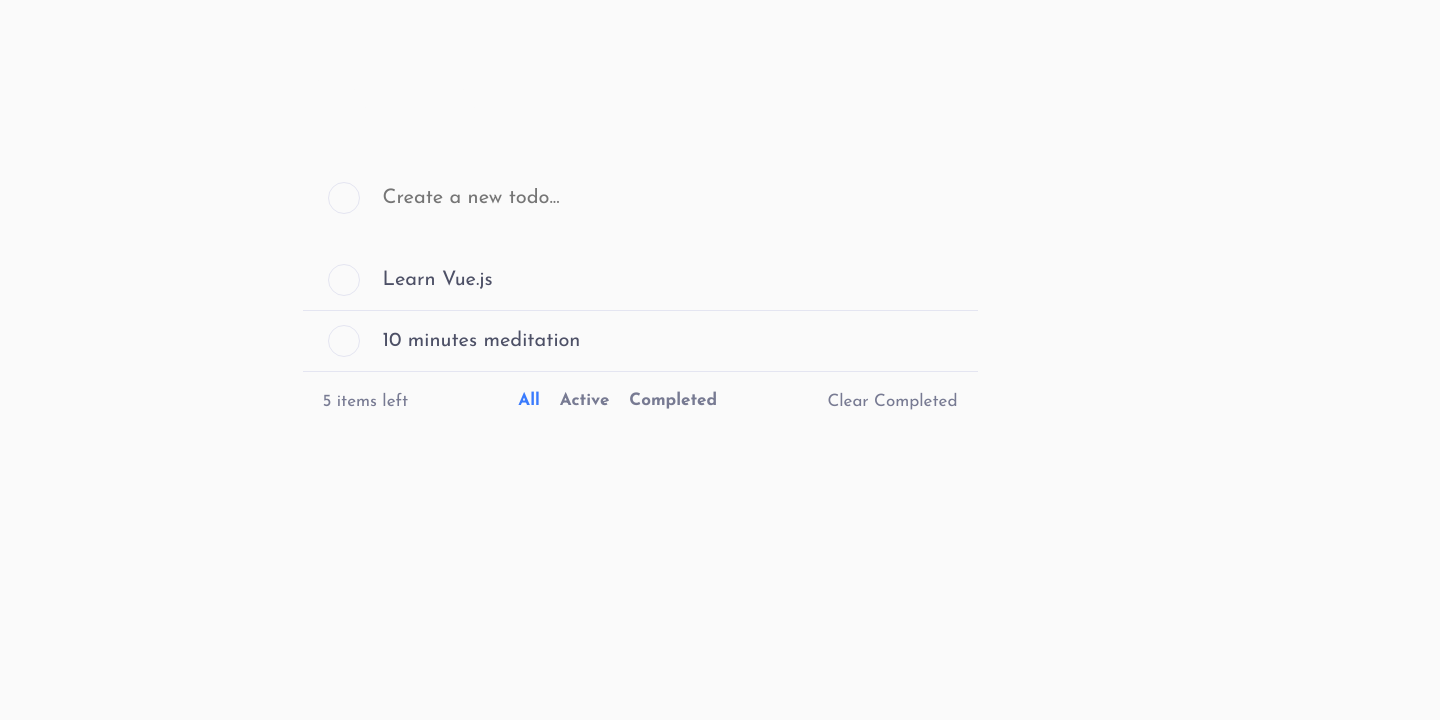
Repository: tomas938/todo-app
Page: /
These files come from the project's save history. The page is drawn as it stood at one moment and after the next save; the edit follows.
The browser window is 1280 px wide. The page is 1280 px wide, then 1440 px, then 1280 px, so the pictures cover 1440 px, including what lies to the right of the window. The pictures show the whole page.
The project was rebuilt for these pictures with package versions that can differ from the ones it lists, and the page was loaded fresh each time.

Above is the page before, as saved 2021-08-18 12:27:20.

### src/main.js
import { createApp } from "vue";
import App from "./App.vue";
import router from "./router";

createApp(App)
	.use(router)
	.mount("#app");

### src/App.vue
<template>
	<router-view />
</template>

<style lang="scss">
@import "/src/scss/_variables";
:root {
	.dark {
		// --bg-image: url(../assets/bg-desktop-light.jpg);

		--items-bg-color: hsl(235, 24%, 19%);
		--body-bg: hsl(235, 21%, 11%);
		--todo-text: hsl(236, 33%, 92%);
		--todo-border: hsl(237, 14%, 26%);
	}
	.light {
		--bg-image: url
		--items-bg-color: hsl(0, 0%, 100%);
		--body-bg: hsl(0, 0%, 98%);
		--todo-text: hsl(233, 14%, 35%);
		--todo-border: hsl(236, 33%, 92%);
	}
}
* {
	margin: 0;
	padding: 0;
	box-sizing: border-box;
}
html {
	font-size: 62.5%;
}
body {
	font-size: 1.8rem;
	font-family: $font-primary;
	background-color: var(--body-bg);
}

li {
	list-style: none;
}
</style>

### src/router/index.js
import { createRouter, createWebHashHistory } from "vue-router";
import Home from "../views/Home.vue";

const routes = [
	{
		path: "/",
		name: "Home",
		component: Home,
	},
];

const router = createRouter({
	history: createWebHashHistory(),
	routes,
});

export default router;

### src/scss/_variables.scss
// LINK COLLORS-PRIMARY //

$primary: hsl(220, 98%, 61%);
$primary-bg: linear-gradient hsl(192, 100%, 67%) to hsl(280, 87%, 65%);

// LINK LIGHT THEME //

$light-gray: hsl(0, 0%, 98%);
$very-light-grayish-blue: hsl(236, 33%, 92%);
$light-grayish-blue: hsl(233, 11%, 84%);
$dark-grayish-blue: hsl(236, 9%, 61%);
$very-dark-grayish-blue: hsl(235, 19%, 35%);

// LINK DARK THEME //

$very-dark-blue: hsl(235, 21%, 11%);
$dark-desaturated-blue: hsl(235, 24%, 19%);
$light-grayish-blue--dark: hsl(234, 39%, 85%);
$light-grayish-blue--dark-hover: hsl(236, 33%, 92%);
$dark-grayish-blue--dark: hsl(234, 11%, 52%);
$very-dark-grayish-blue--dark: hsl(233, 14%, 35%);
$very-dark-grayish-blue--dark-2: hsl(237, 14%, 26%);

// LINK FONT //

@import url("https://fonts.googleapis.com/css2?family=Josefin+Sans:wght@400;700&display=swap");
$font-primary: "Josefin Sans", sans-serif;
$light: 400;
$bold: 700;

### src/views/Home.vue
<template>
	<Header />
	<Todos />
</template>

<script>
import Header from "../components/Header";
import Todos from "../components/Todos.vue";
export default {
	components: {
		Header,
		Todos,
	},
};
</script>
<style lang="scss"></style>

### src/components/Header.vue
<template>
	<header>
		<nav class="nav container">
			<div class="nav__title">
				<h1>todo</h1>
			</div>
			<svg
				v-if="ligth"
				@click="changeTheme"
				class="nav__theme"
				xmlns="http://www.w3.org/2000/svg"
				width="26"
				height="26"
			>
				<path
					fill="#fafafa"
					fill-rule="evenodd"
					d="M13 0c.81 0 1.603.074 2.373.216C10.593 1.199 7 5.43 7 10.5 7 16.299 11.701 21 17.5 21c2.996 0 5.7-1.255 7.613-3.268C23.22 22.572 18.51 26 13 26 5.82 26 0 20.18 0 13S5.82 0 13 0z"
				/>
			</svg>
			<svg
				v-else
				@click="changeTheme"
				xmlns="http://www.w3.org/2000/svg"
				width="26"
				height="26"
			>
				<path
					fill="#fafafa"
					fill-rule="evenodd"
					d="M13 21a1 1 0 011 1v3a1 1 0 11-2 0v-3a1 1 0 011-1zm-5.657-2.343a1 1 0 010 1.414l-2.121 2.121a1 1 0 01-1.414-1.414l2.12-2.121a1 1 0 011.415 0zm12.728 0l2.121 2.121a1 1 0 01-1.414 1.414l-2.121-2.12a1 1 0 011.414-1.415zM13 8a5 5 0 110 10 5 5 0 010-10zm12 4a1 1 0 110 2h-3a1 1 0 110-2h3zM4 12a1 1 0 110 2H1a1 1 0 110-2h3zm18.192-8.192a1 1 0 010 1.414l-2.12 2.121a1 1 0 01-1.415-1.414l2.121-2.121a1 1 0 011.414 0zm-16.97 0l2.121 2.12A1 1 0 015.93 7.344L3.808 5.222a1 1 0 011.414-1.414zM13 0a1 1 0 011 1v3a1 1 0 11-2 0V1a1 1 0 011-1z"
				/>
			</svg>
		</nav>
		<div class="new-todo">
			<input type="text" placeholder="Create a new todo..." />
		</div>
	</header>
</template>

<script>
export default {
	data() {
		return {
			ligth: true,
			body: document.body,
		};
	},
	methods: {
		changeTheme() {
			this.ligth = !this.ligth;
			if (!this.ligth) {
				this.body.classList.remove("light");
				this.body.classList.add("dark");
			} else {
				this.body.classList.remove("dark");
				this.body.classList.add("light");
			}
		},
	},
	mounted() {
		this.body.classList.add("light");
	},
};
</script>

<style lang="scss" scoped>
@import "/src/scss/_variables";

header {
	height: 30rem;
	display: flex;
	flex-direction: column;
	align-items: center;
	justify-content: center;
	gap: 5rem;
	padding: 3rem;
	background-image: url(var(--bg-image));
	background-repeat: no-repeat;
	background-size: cover;
}
.nav {
	max-width: 67.5rem;
	width: 100%;
	display: flex;
	justify-content: space-between;
	align-items: baseline;
	&__title h1 {
		font-size: 4.5rem;
		letter-spacing: 1.8rem;
		text-transform: uppercase;
	}

	svg {
		cursor: pointer;
	}
}
.new-todo {
	max-width: 67.5rem;
	width: 100%;
	position: relative;
	&::before {
		content: "";
		position: absolute;
		top: 50%;
		transform: translateY(-50%);
		left: 2.5rem;
		width: 3rem;
		height: 3rem;
		border-radius: 50%;
		border: 1px solid var(--todo-border);
	}
}
input {
	background-color: var(--items-bg-color);
	width: 100%;
	outline: none;
	border: none;
	padding: 2rem;
	padding-left: 8rem;
	border-radius: 0.5rem;
	font-size: 2rem;
	font-family: $font-primary;
	font-weight: $light;
}
h1 {
	color: $light-gray;
}
</style>

### src/components/Todos.vue
<template>
	<main>
		<ul class="todos">
			<li class="todo-item">
				<span>Learn Vue.js</span>
			</li>
			<li class="todo-item">
				<span>10 minutes meditation</span>
			</li>
			<div class="filters">
				<div class="items-left">
					<span>5 items left</span>
				</div>
				<div class="filter">
					<span>All</span>
					<span>Active</span>
					<span>Completed</span>
				</div>
				<div class="clear">
					<span>Clear Completed</span>
				</div>
			</div>
		</ul>
	</main>
</template>

<script>
export default {};
</script>

<style lang="scss" scoped>
@import "/src/scss/_variables";

main {
	display: flex;
	justify-content: center;
	transform: translateY(-5rem);
}
.todos {
	max-width: 67.5rem;
	width: 100%;
	border-radius: 0.5rem;
	background-color: var(--items-bg-color);
}
.todo-item {
	position: relative;
	width: 100%;
	padding: 2rem;
	padding-left: 8rem;
	font-size: 2rem;
	font-family: $font-primary;
	font-weight: $light;
	color: var(--todo-text);
	border-bottom: 1px solid var(--todo-border);

	// FIXME maybe group styling //
	&::before {
		cursor: pointer;
		content: "";
		position: absolute;
		top: 50%;
		transform: translateY(-50%);
		left: 2.5rem;
		width: 3rem;
		height: 3rem;
		border-radius: 50%;
		border: 1px solid var(--todo-border);
	}
	&::after {
		opacity: 0;
		cursor: pointer;
		content: "";
		position: absolute;
		right: 2.5rem;
		width: 2.6rem;
		height: 2.6rem;
		background-image: url(../assets/icon-cross.svg);
		background-repeat: no-repeat;
	}
	&:hover:after {
		transition: opacity 0.5s ease-in-out;
		opacity: 1;
	}
}
.filters {
	display: flex;
	justify-content: space-between;
	padding: 2rem;
	.filter {
		display: flex;
		gap: 2rem;
		span {
			font-weight: $bold;
			&:first-child {
				color: $primary;
			}
		}
	}
	.items-left {
		span {
			cursor: auto;
		}
	}
	span {
		color: $dark-grayish-blue--dark;
		cursor: pointer;
		font-size: 1.7rem;
	}
}
</style>

Loaded but not shown: public/index.html (common file)

After the next save:
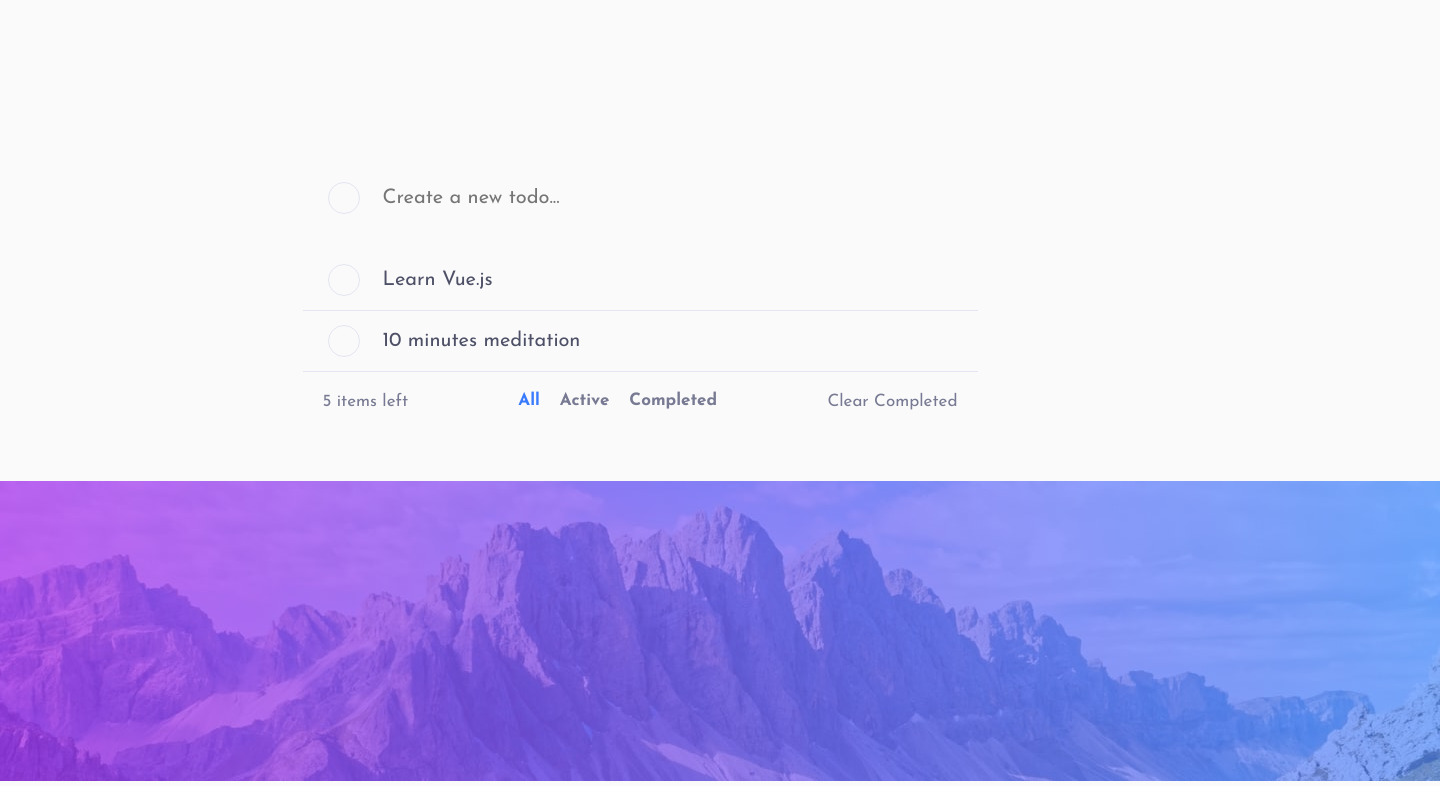
Saved 18 s later.
--- a/src/App.vue
+++ b/src/App.vue
@@ -1,5 +1,6 @@
 <template>
 	<router-view />
+	<img src="/src/assets/bg-desktop-light.jpg" alt="" />
 </template>
 
 <style lang="scss">

After the 2 saves that followed:
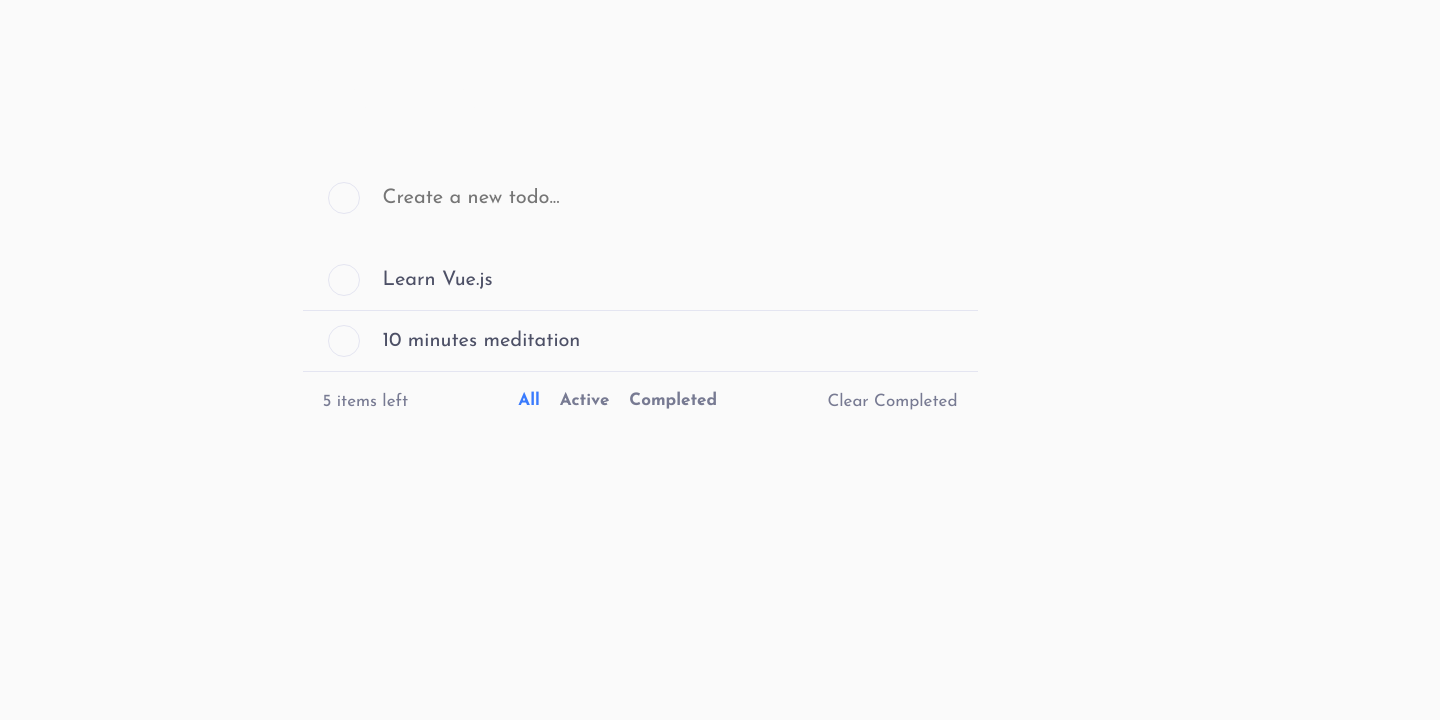
The 2 saves are shown as one change because 1 did not build or start.
The last was saved 14 s later.
--- a/src/App.vue
+++ b/src/App.vue
@@ -1,6 +1,5 @@
 <template>
 	<router-view />
-	<img src="/src/assets/bg-desktop-light.jpg" alt="" />
 </template>
 
 <style lang="scss">
@@ -15,7 +14,7 @@
 		--todo-border: hsl(237, 14%, 26%);
 	}
 	.light {
-		--bg-image: url
+		--bg-image: url(/src/assets/bg-desktop-light.jpg)
 		--items-bg-color: hsl(0, 0%, 100%);
 		--body-bg: hsl(0, 0%, 98%);
 		--todo-text: hsl(233, 14%, 35%);
